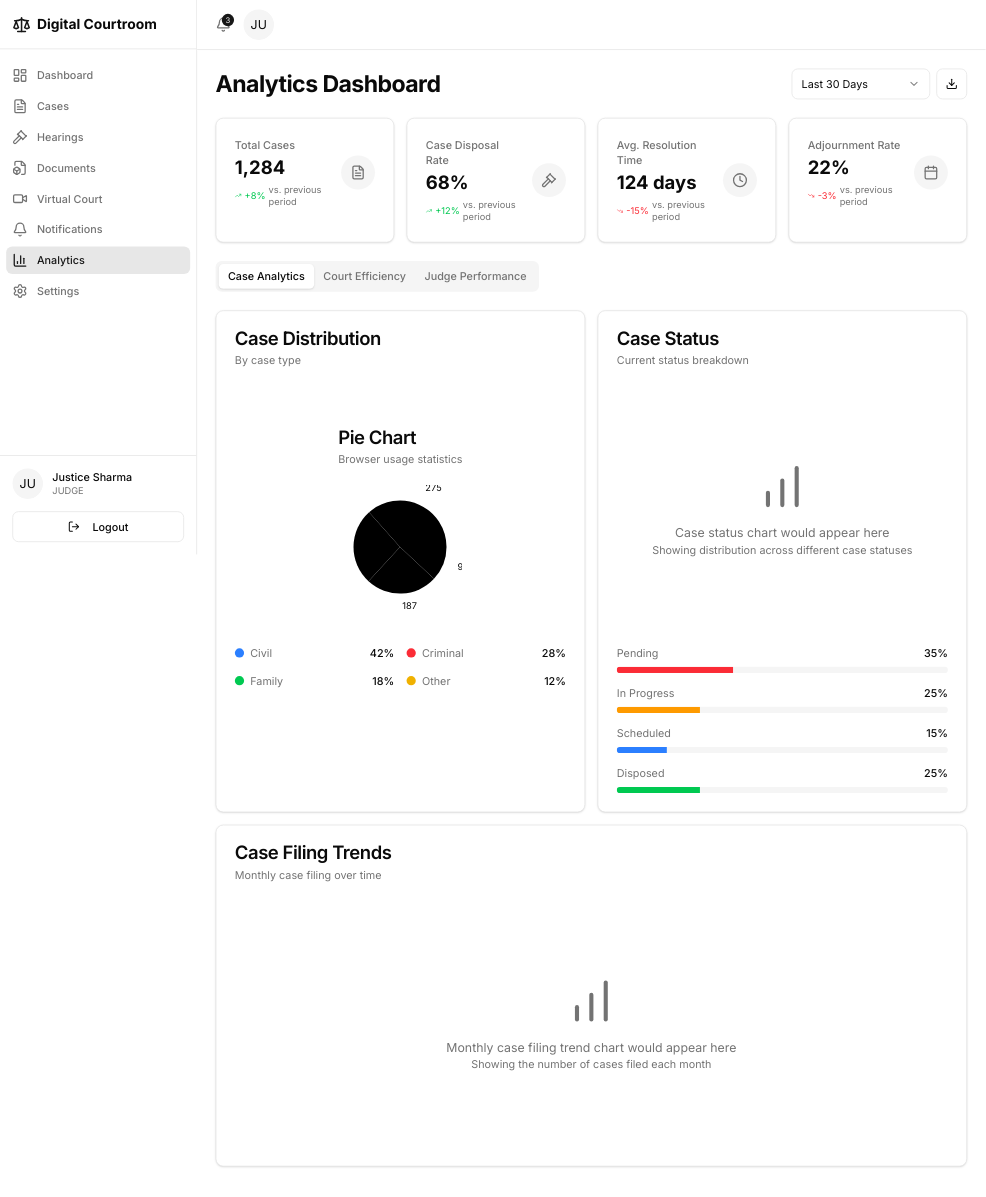
Repository: n0tank3sh/digicourt
Page: /analytics (app in frontend/)
These files come from the project's save history. The page is drawn as it stood at one moment and after a run of saves; the edit follows.
The browser window is 1280 px wide. The pictures show the whole page, at 77% of full size.
The project was rebuilt for these pictures with package versions that can differ from the ones it lists, and the page was loaded fresh each time. The framework's server and built-in components were replaced by stand-ins that run in the browser. Also part of the build but not shown: frontend/next.config.ts.

Above is the page before, as saved 2025-03-26 22:02:49.

After the next 2 saves:
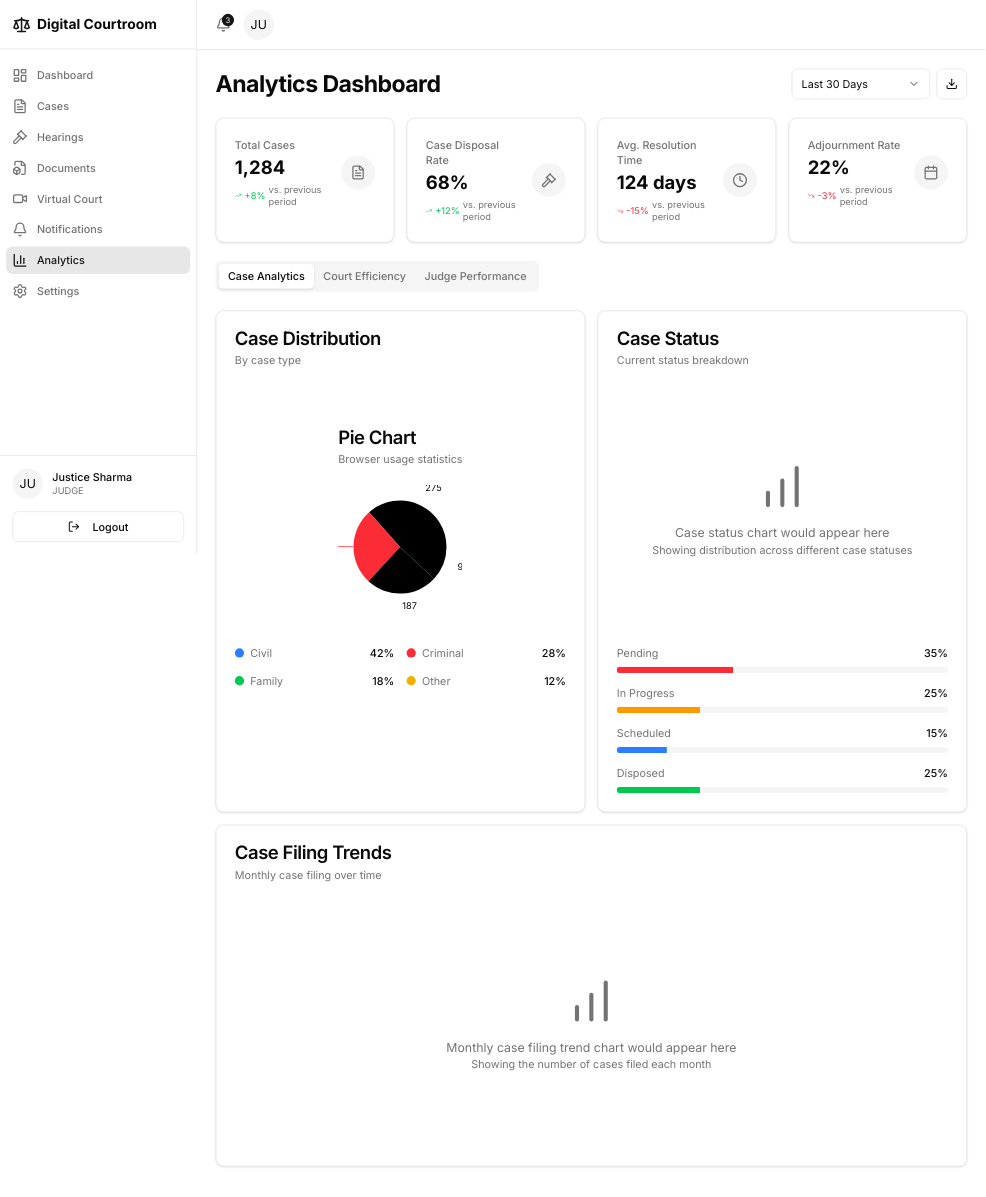
The 2 saves are shown as one change because they came seconds apart.
The last was saved 6 s later.
--- a/frontend/src/components/ui/piechart.tsx
+++ b/frontend/src/components/ui/piechart.tsx
@@ -17,7 +17,7 @@ import {
 } from "@/components/ui/chart"
 const chartData = [
     { browser: "Civil", visitors: 275, fill: "var(--color-blue-400)" },
-    { browser: "Criminal", visitors: 200, fill: "var(--color-green)" },
+    { browser: "Criminal", visitors: 200, fill: "var(--color-red-500)" },
     { browser: "Family", visitors: 187, fill: "var(--color-familly)" },
     { browser: "other", visitors: 90, fill: "var(--color-other)" },
 ]
